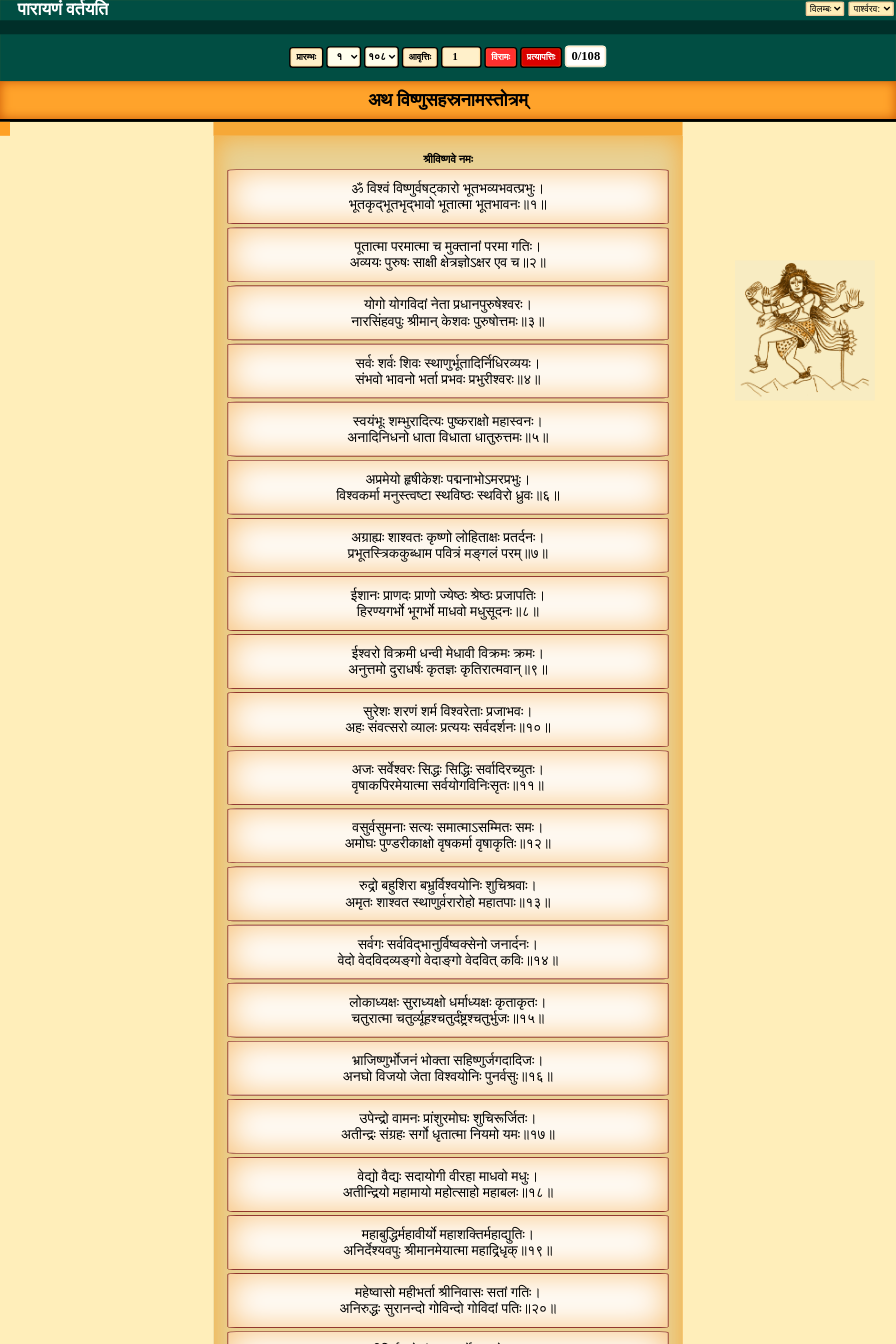
Repository: arshavak/vishnu-sahasranam
Page: index.html
An editor plug-in stored every save of this project. The page is shown before and after the next save, followed by the edit.
The browser window is 1280 px wide. The pictures show the part of the page from y = 0 to 1920 px (the page is 9261 px tall before and 8831 px after), at 70% of full size.

Above is the page before, as saved 2024-12-30 13:22:56.
Not found: scripts/sanskrittime.js

### index.html
<!DOCTYPE html>
<html>
<head>
<meta charset="UTF-8">
  <link rel="icon" type="image/png" href="style/backgrounds/23.png">
<title>विष्णुसहस्रनामस्तोत्रम्</title>
<meta name="viewport" content="width=device-width, initial-scale=1.0">
<link rel="stylesheet" type="text/css" href="style/style.css"/>
<!-- <link rel="stylesheet" type="text/css" href="style/themes.css"/> -->
</head>
<body class="body">
  <div class="player">
    <div class="Time">
      <span class="main-header">पारायणं वर्तयति</span>
      <div class="clock">
        <span id="ghanta" class="time-span"></span>
        <span id="minat" class="time-span"></span>
      </div>

      <select id="number" class="bgsound setting"></select>
      <select class="timeOut setting">
        <option value="">विलम्बः</option>
        <option value="2">2s</option>
        <option value="3">3s</option>
        <option value="5">5s</option>
        <option value="10">10s</option>
      </select>
  </div>
    <div class="topnavbar"></div>
      <input name="play_button" class="psuGrup play" type="button" value="प्रारम्भः"/>
      <select  id="selector1" class="From selector FromAndTo"></select>
      <select  id="selector2" class="To selector FromAndTo"></select>
      <input name="toggle_btn" type="checkbox" id="check"/>
      <input id="loop" class="loop" type="button" value="आवृत्तिः"/>
      <input id="repeat" value="1" max="99" min="1" type="number"/>
      <input style="display: none;" id="speed" value=".9" max="4" min=".5" step="0.1" type="number"/>
      <input name="stop_button" class="psuGrup stop" type="button" value="विरामः"/>
      <input class="reset psuGrup" type="button" value="प्रत्यापत्तिः"/>
      <input id="suchna" type="button" class="psuGrup suchna"/>
      <div class="heading">अथ विष्णुसहस्रनामस्तोत्रम्</div>
      <div class="progress-container">
        <div class="progress-bar" id="myBar"></div>
      </div>
    </div>
      <div id="imageRight">
        <image class="image" src="style/backgrounds/0.png" width="200px" height="200px"></image>
      </div>
      <!-- <div id="imageLeft">
        <image class="image" src="style/backgrounds/0.png" width="200px" height="200px"></image>
      </div> -->
      <div class="timeStamp"></div>
      <div class="container"></div>
    <script type="text/javascript" src="scripts/visnusahastranamScript.js"></script>
    <script type="text/javascript" src="scripts/MainScript.js"></script>
    <script type="text/javascript" src="scripts/sanskrittime.js"></script>
  </body>

</html>

### style/style.css
/* Styles for the player container */
*{
margin:0px;
padding: 0px;
text-align: center;
/*background-color: #f8ecc2;*/
font-family:gargi;
}
html{
  scroll-behavior: smooth;
}
::-webkit-scrollbar{
  display: none;
}
body {
  /* background-image: url("backgrounds/jharna.jpg");
  background-repeat:no-repeat;
  background-size:cover;
  background-attachment:fixed; */
  scrollbar-width: none;
  -ms-overflow-style: none;
/* background-color: #e8d295; */
  background-color:#ffeeba
  ;
  /* border: 4px solid #000; */
}

/* #myVideo {
  position: fixed;
  right: 0;
  bottom: 0;
  min-width: 100%;
  min-height: 100%;
  z-index: 1;
} */

.heading{
  padding-bottom: 12px;
  padding-top: 12px;
  margin-top: 15px;
  background-color:#ffa32b;
  /* background-image: url("backgrounds/R.jpg");*/
  /* background-repeat:no-repeat;
  background-size:cover;
  background-attachment: fixed; */
  color: rgb(0, 0, 0);
  /* width: 100%; */
  position: relative;
  /* top:500; */
  font-weight: 800;
  /* text-shadow: 2px 2px 5px rgb(255, 170, 0); */
   font-size:26px;
   box-shadow: inset 0px 0px 15px #cb5805;

}

.progress-container {
  width: 100%;
  height: 4px;
  background: #000000;
}

.progress-bar {
  height: 4px;
  background: #ffa32b;
  width: 0%;
}

.topnavbar{
  position: relative;
  padding: 10px 10px 10px 10px;
  margin-bottom: 15px;
  background-color:#002f29;
 text-align: center;
 box-shadow: inset 0px 0px 0px #0a0a0a;
 /* height: 30px; */
 /* overflow: scroll; */
}

.Time{
    /* background-image: url("backgrounds/jharna.jpg"); */
    background-repeat:no-repeat;
    background-size:cover;
    background-attachment: fixed;
 /* margin-top: 5px; */
 padding: 0px;
 /* background-color: #d47500;
 box-shadow: inset 0px 0px 5px  #cb5805; */
 color: rgb(0, 0, 0);
 text-align: left;
  }


  .clock{
    padding: 1px 5px 1px 5px;
    position: fixed;
    left: 0px;
    background-color: #ffffff;
  color: rgb(0, 0, 0);
  box-shadow: inset 0px 0px 35px #ff9100;
  cursor: not-allowed;
  text-align: center;
  }

.time-span{
  cursor: not-allowed;
  padding: 1px 1px 1px 1px;

}


  .main-header{
    padding: 5px 5px 5px 5px;
    font-size: 25px;
    /* text-shadow: -3px 5px 5px rgb(55, 184, 164); */
    font-weight:800;
    color: #ffffff;
    margin-left: 20px;
  }



.setting{
  margin: 3px;
  float: right;
  border-radius: 8%;
  cursor: pointer;
  margin-top: 2px;
  display: block;
  background-color: #ffeeb8;
  border: 2px solid #edc696;
}

.timeStamp{
display: none;
background-color:#f8ecc2;
color :rgb(0, 0, 0);
position :fixed;
right :0px;
font-size :16px;
font-weight :900;
padding :4px 14px 4px 14px;
box-shadow: inset 0px 0px 15px #ff8e03;
border-radius: 5%;
  }

  .disabled-link{
  position: relative;
  text-decoration: none;
  text-transform: unset;
  font-size: 14px;
  background-color: #dac683;
  color: #000000;
  padding: 5px 10px 5px 10px;
  border-radius: 5%;
  font-weight: 600;
  border: .8px solid #efc899;
  margin-right: 5px;
}

.disabled-link:hover{
  background-color: #fff9a7;
  text-decoration: underline;
}

.player {
  display: block;
  position: fixed;
  top: 0px;
  align-items: center;
  /* background-image: url("backgrounds/astaSuraj.jpg");
  background-repeat:repeat;
  background-size:cover;
  background-attachment: fixed; */
  background-color:rgb(1 78 67);
  width: 99.99%;
  text-align:center;
  color: rgb(29, 1, 1);
  padding-top:0px;
  padding-bottom: 0px;
  box-shadow: inset 0px 0px 1px #ff8e03;

  /* border-bottom: 5px solid #893c01; */
  z-index: 1;
}

/* .bottons{
  background-color:#ff8808;
  display: inline-block;
  box-shadow: inset 0px 0px 25px #ff8e03;
} */

.suchna:active{
  background-color: none !important;
}


#suchna{
cursor:not-allowed;
color: rgb(0, 0, 0);
background-color: #fff;
font-size: 18px;
padding: 4px 8px 4px 8px;
border: 1px solid #ffe;
font-weight: 900;
}

#check{
  display: none;
}

.reset{
  background-color: rgb(218, 0, 0) !important;
  color: #ffffff !important;
}
.stop{
  background-color: rgb(255, 48, 48) !important;
  color: #ffffff !important;
}

/*Styles for the buttons*/
input[type="button"],input[type="number"]{
  padding: 5px 8px 5px 8px;
  margin: 1px 0px 4px 0;
  border: 2px solid #000;
  border-radius: 5px;
  background-color: #fff0ca;
  color: rgb(0, 0, 0);
  font-size: 13px;
  cursor: pointer;
  font-weight: 800;
  flex-direction: row;
  box-shadow: inset 0px 0px 2px #ff9100;
  outline: none;
}

input[type="number"]{
  padding: 5px 2px 5px 0px;
  margin: 1px 0px 4px 0px;
  border: 2px solid #000;
  border-radius: 5px;
  background-color: #fff0ca;
  color: rgb(0, 0, 0);
  font-size: 15px;
  cursor: pointer;
  font-weight: 800;
  flex-direction: row;
  box-shadow: inset 0px 0px 2px #ff9100;
  outline: none;
}

input[type="button"]:hover{
  background-color: #14ff76;
  color: #0b0b0b;
}


.selector{
  text-align:center;
  outline:none;
  /*background-color: rgb(98, 255, 101);*/
  border-radius: 5px;
  height: 31px;
  border: 2px solid #000;
  border-radius: 5px;
  background-color:#ffe;
  color: #000;
  font-size: 15px;
  cursor: pointer;
  font-weight: 800;
  flex-direction: row;
  /* padding: 3px 3px; */
  margin: 1px 0px 4px 0;
  box-shadow: inset 0px 0px 2px #ff9100;

}

/* Styles for the keys container */
.container {
position: relative;
/* z-index: -1; */
 /* display: inline-block;  */
word-wrap: break-word;
/* margin-top: 180px; */
font-size:16px ;
text-align:center;
padding: 25px 15px 40px 15px;
background-color: #e8d295;
width: 75%;
margin-left:auto;
margin-right:auto;
border-top: 20px solid #ff9100a1;
border-bottom: 20px solid #ff9100a1;
border-bottom-style: inset 0px 0px 40px #ff9100a1;;
border-top-style: inset 0px 0px 40px #ff9100a1;;
box-shadow: inset 0px 0px 40px #ff9100a1;
margin-top:0px;

}

label{
  font-size: 15px;
}
/* Styles for the key divs */
.key {
  /* display:inline-block; */
  /* flex-direction: column; */
  /* text-align: right; */
  /* width: 90%; */
  margin: 5px;
  border: .2px ridge #730000;
  border-radius: 2%;
  /* cursor: pointer; */
  transition: all 0.2s ease-in-out;
  font-size:20px;
  font-weight: 300;
  padding: 15px 5px 15px 5px;
  background-color: #ffffff;
  box-shadow: inset 0px 0px 50px #f7c077;

}

.key.active {
  border: 2px solid #c16b02;
  /* display:inline-block; */
  top: 200px;
  /* font-weight: 600; */
  /* text-shadow: 1px 1px 4px rgb(255, 249, 70); */
  background-color: rgb(253, 253, 197);
  box-shadow: inset 6px 0px 5px  #ff9100 ;
  animation: blink .8s infinite;
  /* font-size: 25px; */
}

@keyframes blink {
  50%{
    border: 2px solid #f2d56b;
    /* border-radius: 15%; */
    /* background-color: #fceba5; */
     box-shadow: inset 0px 0px 0px #ff9100;
  }
}

@keyframes indexblink {
  50%{
    /* border: 1px solid #000000; */
    /* border-radius: 15%; */
     background-color: #00e043;
     box-shadow: inset 0px 0px 0px #ff9100;
  }
}


.rbtn.for-repeat {
  background-color: rgb(40, 252, 29);
  color:rgb(0, 0, 0);
}

/* Styles for the audio elements */
audio {
  display: none !important;
}
#imageRight {
  z-index: -1;
  position: fixed;
  bottom:20%;
  right:30px;

}

#imageLeft {
  z-index: -1;
  position: fixed;
  bottom:20%;
  left:30px;
}

.title{
  margin-left: 10px;
  float: left;
}

@media screen and (max-width: 867px) {
  /* .container {top:50px;} */
   #imageRight,#imageLeft{
    display:none;
  }
}

@media screen and (max-width: 1200px) {
  /* .container {top:80px;} */
   #imageRight,#imageLeft{
    display:none;
  }

  .clock{
    display: none;
  }
}

@media screen and (max-width: 500px) {

  .setting{
    display: none;
  }

  .main-header{
    padding: 5px 5px 5px 5px;
    font-size: 25px;
    /* text-shadow: -3px 5px 5px rgb(55, 184, 164); */
    font-weight:800;
    color: #ffffff;

  }
}


@media screen and (min-width: 100px) {
  .container {
    width: 95%;
  }

}

@media screen and (min-width: 1200px) {
  .container {
    width: 50%;
  }
}

.disabled{
  cursor:not-allowed;
}

.disabled:hover{
  text-decoration: none;
  background-color: none;
}

/* .image{
  animation: lip .5s infinite
}
@keyframes lip {
  50%{
    width: 190px;
    height: 190px;

  }
} */

/*  */

/* a.index{
  font-size: 10px;
  line-height: 0px;
  padding: 0px 15px 0px 15px;
  margin-right: 10px;
  font-weight: 600;
  border-radius: 10px;
  cursor: pointer;
  text-decoration: none;
  color: rgb(0, 0, 0);
}

a.index:hover{
  text-decoration: none;
  color: #ff2121;
} */

/* .indeX{
  background-color: wheat !important;
  font-size: 16px;
  cursor: pointer;
  margin-right: 5px;
}

.indeX:hover{
  text-decoration: none;
} */
/* .cot{
  display: none;
}
 */

### scripts/MainScript.js
const topnavbar = document.querySelector(".topnavbar");
function createLinks() {
  // Create an array of objects with URL and link text
  const links = [

    { url: 'YogSutrani.php', text: 'योगसूत्राणि' },
    { url: 'VisnuSahastranam.php', text: 'विष्णुसहस्रम्' },
    { url: 'SankhyaKarika.php', text: 'साङ्ख्यकारिका' },
    { url: 'Ast_1_1.php', text: 'अष्टाध्यायी(१.१)' }
  ];
  // Loop through the array and create links
  for (let i = 0; i < links.length; i++) {
    const link = document.createElement('a');
    link.setAttribute('target', '_blank');
    link.setAttribute('class', 'disabled-link');
    link.href = links[i].url;
    link.textContent = links[i].text;
    topnavbar.appendChild(link); // Append link to the topnavbar
  }
}
// Call the function to create links
// createLinks();

//current page link disaable function
const currentUrl = window.location.href;
const disabledLinks = document.querySelectorAll(".disabled-link");

// var links =[];
//   var currWin = window;
//   for(var i =0; i<currWin.document.links.length; i++){
//     links.push(currWin.document.links[i].href);
//   }

disabledLinks.forEach(link => {
if(link.href === currentUrl){
  link.addEventListener("click", e => {
    e.preventDefault();
  });
  link.classList.add("disabled");
 }
});


// function for repeating selection
var repeats = "";
var inp = document.getElementById("repeat");
inp.addEventListener("input", ()=>{
  repeats=inp.value;
});




// const Allrepeatbtns = document.querySelectorAll(".rbtn");
// let activeBtn = null;
// Allrepeatbtns.forEach((ript)=> {
//   ript.addEventListener("click", () => {
//     if (activeBtn && activeBtn !== ript) {
//       activeBtn.classList.remove("for-repeat");
//     }
//     else if (activeBtn === ript) {
//       ript.classList.remove("for-repeat");
//       activeBtn = null;
//       repeats = 0;
//       return;
//     }
//     // repeats = ript.value.charAt(0);
//     repeats = document.getElementById("repeat").value;
//     ript.classList.add("for-repeat");
//     activeBtn = ript;
//   })
// });
// Add click event listeners to the play and stop buttons
const stopButton = document.querySelector('[name="stop_button"]');
const playButton = document.querySelector('[name="play_button"]');
const checkBox = document.querySelector('#check');
const timeOutSecind = document.querySelector(".timeOut");
var speed = document.querySelector("#speed");
let audio;
let audioDuration;
//  let num = 0;
playButton.addEventListener('click', () => {
  //  if(num===0){
  //    num = 1;
  //   playButton.value = "pause";
  let startIndex = selector1.value - 1;
  let lastIndex = selector2.value;
   const playNextKey = () => {
    if(audio){
      audio.pause();
      audio.currentTime = 0;
       keys.forEach(key => {
      key.classList.remove('active');
      });
    }
    if (startIndex < lastIndex) {
      const key = keys[startIndex];
      audio = key.querySelector('audio');
      let playCount = 0;
      const playOnce = () => {
        if (playCount < (Number(repeats))-1) {
        //    if(playCount!==1) {
        //      audio.volume = .1;
        //      audio.playbackRate = 1.5;
        //  }
          setTimeout(() => {
          audioDuration = audio.duration;
          audio.playbackRate = speed.value;
          audio.play();
          playCount++;
          }, timeOutSecind.value*1000);
        } else {
          audio.removeEventListener('ended', playOnce);
          setTimeout(() => {
            key.classList.remove('active');
            playNextKey();
          }, timeOutSecind.value*1000);
        }
      };
      audioDuration = audio.duration;
      audio.currentTime = 0;
      audio.playbackRate = speed.value;
      audio.play();
      audio.addEventListener('ended', playOnce );
      audio.addEventListener('play', scrollActiveDiv );
      audio.addEventListener("play", playButtonStyleAdd);
      audio.addEventListener('ended', playButtonStyleRemove);
      audio.addEventListener("play", indexUpdate);
      audio.addEventListener("ended", timerOutput)
      key.classList.add('active');
      startIndex++;
      // audio.removeEventListener("ended", timerOutput);

      // chacking the Loopbutton is chacked or not checked
        if(checkBox.checked && startIndex == lastIndex){
          // alert("Please");
          startIndex = selector1.value - 1;
      }
    }
  };

  playNextKey();
// }else{
//   playButton.value = "play";
//   audio.pause();
//   num = 0;
// }
});


// Add click event listeners to the stop button
stopButton.addEventListener('click', () => {
  // playButton.value = "play";
   window.scrollTo(0, 0);
  // hideSpeackerSymbol();
  playButton.style.backgroundColor = "";
  playButton.style.color = "";
  keys.forEach(key => {
    const audio = key.querySelector('audio');
    audio.pause();
    audio.currentTime = 0;
    key.classList.remove('active');
  });
  bgsound.pause();
});

// Reset the current audio element
window.scrollTo({top:0, behavior: 'smooth'});
const reset = document.querySelector(".reset");
reset.addEventListener('click', () => {
// window.scrollTo({top:0, behavior: 'smooth'});
// setTimeout(() => {
location.reload();
// },1000);
});


  //buttons for loop
  const loopbtn = document.querySelector(".loop");
  const checkbox = document.querySelector("#check");
  loopbtn.addEventListener("click",  ()=> {
  checkbox.checked = !checkBox.checked;
  if(checkBox.checked){
    loopbtn.style.backgroundColor = "rgb(40, 252, 29)";
    loopbtn.style.color = "#000";
    // document.querySelector(".From").disabled = false;
    // document.querySelector(".To").disabled = false;

  }else{
    loopbtn.style.backgroundColor = "";
    loopbtn.style.color = "";
    // document.querySelector(".From").disabled = true;
    // document.querySelector(".To").disabled = true;

  }
  });

//background sounds 1111111111111111111
  const selector = document.querySelector('#number');
  for(var i=0; i<50; i++) {
    var option = document.createElement('option');
    option.text = "ध्वनिः "+ (i);
    option.value = i;
    selector.appendChild(option);
  }

  const firstOption = selector.querySelector("option:first-child");
  firstOption.textContent = "पार्श्वरव:"

  //background sounds 222222222222222222
let soundNumber = document.querySelector("#number");
soundNumber.style.outline = "none";
let bgsound;
selector.addEventListener("change", function backgroundMusic(){
  if (bgsound) {bgsound.pause();}
  bgsound = new Audio(`prishthbhumi-dhvani/dhvani (${soundNumber.value}).mp3`);
  bgsound.loop = true;
  bgsound.volume = 0.5;
  bgsound.play();
});

//scrolling to top of screen
function scrollActiveDiv() {
  const activeDiv = document.querySelector('.active');
  if (activeDiv) {
    const activeDivPosition = activeDiv.offsetTop;
    window.scrollTo({
      top: activeDivPosition - 150,
      behavior: 'smooth'
    });
  }
}


// function for indexUpdate
const indexUpdating = document.querySelector("#suchna");
indexUpdating.value = "0" + "/" + divLen;
function indexUpdate(){
const suchna = document.querySelector("#suchna");
let activeIndex = 1;
for (let i = 1; i < divLen; i++){
  if(keys[i].classList.contains("active")){
    activeIndex = i+1;
    break;
  }
}
suchna.value = activeIndex +"/"+ divLen;
}



//function for Timer
const timeStamp = document.querySelector(".timeStamp");
function timerOutput(){
  let count = timeOutSecind.value;
  let timer = setInterval(function(){
    timeStamp.style.display = "block";

    count--;
    if(count < 10){
      timeStamp.innerHTML = "प्रतीक्षस्व"+ " " + "00" + ":0" + count;
    }else{
      timeStamp.innerHTML = "प्रतीक्षस्व"+ " " + "00" + ":" + count;
    }
     if(count<=0){
      clearInterval(timer);
      timeStamp.style.display = "none";

    }
  },1000);
  document.body.appendChild(timeStamp);
}


// play Button Style
function playButtonStyleAdd(){
  playButton.style.backgroundColor = "rgb(40, 252, 29)";
  playButton.style.color = "#000";
  }
  function playButtonStyleRemove(){
   playButton.style.backgroundColor = "";
   playButton.style.color = "";
   }


//function for index blinking
let n = 0;
function blinking() {
// const play_button = document.querySelector('[name="play_button]')
if(n==0 && playButton.style.backgroundColor === "rgb(40, 252, 29)"){
indexUpdating.style.animation = "indexblink 1s infinite";
n = 1;
}else{
  indexUpdating.style.animation = "";
n = 0;
}
}
setInterval(blinking,2000);

// setTimeout(windowUpdate,2000);
// window risize for time div
const clock = document.querySelector(".clock");
window.addEventListener("resize",windowUpdate);
window.addEventListener("load",windowUpdate);
function windowUpdate(){
const player = document.querySelector(".player");
const playerHeight = player.offsetHeight;
 timeStamp.style.top = playerHeight + "px";
 container.style.top =   playerHeight + "px";
 clock.style.top =   playerHeight + "px";
}



// When the user scrolls the page, execute myFunction
window.onscroll = function() {myFunction()};
function myFunction() {
  var winScroll = document.body.scrollTop || document.documentElement.scrollTop;
  var height = document.documentElement.scrollHeight - document.documentElement.clientHeight;
  var scrolled = (winScroll / height) * 100;
  document.getElementById("myBar").style.width = scrolled + "%";
}



// const digitsMap = {
//   // देवनागरी लिपि के वर्णक्रम को बांग्ला लिपि के वर्णक्रम में बदलें।
//     'अ': 'অ',
//     'आ': 'আ',
//     'इ': 'ই',
//     'ई': 'ঈ',
//     'उ': 'উ',
//     'ऊ': 'ঊ',
//     'ए': 'এ',
//     'ऐ': 'ঐ',
//     'ओ': 'ও',
//     'औ': 'ঔ',
//     'क': 'ক',
//     'ख': 'খ',
//     'ग': 'গ',
//     'घ': 'ঘ',
//     'ङ': 'ঙ',
//     'च': 'চ',
//     'छ': 'ছ',
//     'ज': 'জ',
//     'झ': 'ঝ',
//     'ञ': 'ঞ',
//     'ट': 'ট',
//     'ठ': 'ঠ',
//     'ड': 'ড',
//     'ढ': 'ঢ',
//     'ण': 'ণ',
//     'त': 'ত',
//     'थ': 'থ',
//     'द': 'দ',
//     'ध': 'ধ',
//     'न': 'ন',
//     'प': 'প',
//     'फ': 'ফ',
//     'ब': 'ব',
//     'भ': 'ভ',
//     'म': 'ম',
//     'य': 'য',
//     'र': 'র',
//     'ल': 'ল',
//     'व': 'ব',
//     'श': 'শ',
//     'ष': 'ষ',
//     'स': 'স',
//     'ह': 'হ',
//     'ा': 'া',
//     'ि': 'ি',
//     'ी': 'ী',
//     'ु': 'ু',
//     'ू': 'ূ',
//     'ृ': 'ৃ',
//     'े': 'ে',
//     'ै': 'ৈ',
//     'ो': 'ো',
//     'ौ': 'ৌ',
//     'ं': 'ং',
//     'ः': 'ঃ',
//     '।': '।',
//     '॥': '॥',

// };

// const elements = document.getElementsByTagName('*');

// for (let i = 0; i < elements.length; i++) {
//   const element = elements[i];

//   for (let j = 0; j < element.childNodes.length; j++) {
//     const node = element.childNodes[j];

//     if (node.nodeType === 3) {
//       const text = node.nodeValue;
//       const replacedText = text.replace(/[अआइईउऊऋएऐओऔकखगघङचछजझञ]/g, function(match) {
//         return digitsMap[match];
//       });

//       if (replacedText !== text) {
//         element.replaceChild(document.createTextNode(replacedText), node);
//       }
//     }
//   }
// }




// // सभी audio टैगों को प्राप्त करें
// const audios = document.querySelectorAll('audio');
// // सभी span टैगों को प्राप्त करें
// const spans = document.querySelectorAll('span.indeX');
// // सभी span टैग पर क्लिक करने के लिए एक लूप चलाएं
// spans.forEach((span) => {
//   // क्लिक करने पर संगीत बंद करें और अगला संगीत चलाएं
//   span.addEventListener('click', () => {
//     // सभी ऑडियो टैगों को बंद करें
//     audios.forEach((audio) => {
//       audio.pause();
//       audio.currentTime = 0;
//     });
//     // वर्तमान ऑडियो टैग को चलाएं
//     const audio = span.parentElement.querySelector('audio');
//     audio.play();

//     // सभी divs से active क्लास हटाएं
//     const divs = document.querySelectorAll('.key');
//     divs.forEach((div) => {
//       div.classList.remove('active');
//       audio.addEventListener("ended",  () => {
//         div.classList.remove('active');
//       });
//     });
//     // वर्तमान div को active क्लास दें
//     const currentDiv = audio.parentElement;
//     currentDiv.classList.add('active');
//   });
// });
//  setTimeout(()=>{

//   var text = document.body.innerHTML;
//   var regex1 = /॥(.*?)॥/g;
//   var result1 = text.replace(regex1,'॥<span class="cot">$1</span>');
//  document.body.innerHTML = result1;
//  },2000)

Loaded but not shown: scripts/visnusahastranamScript.js (library)

After the next save:
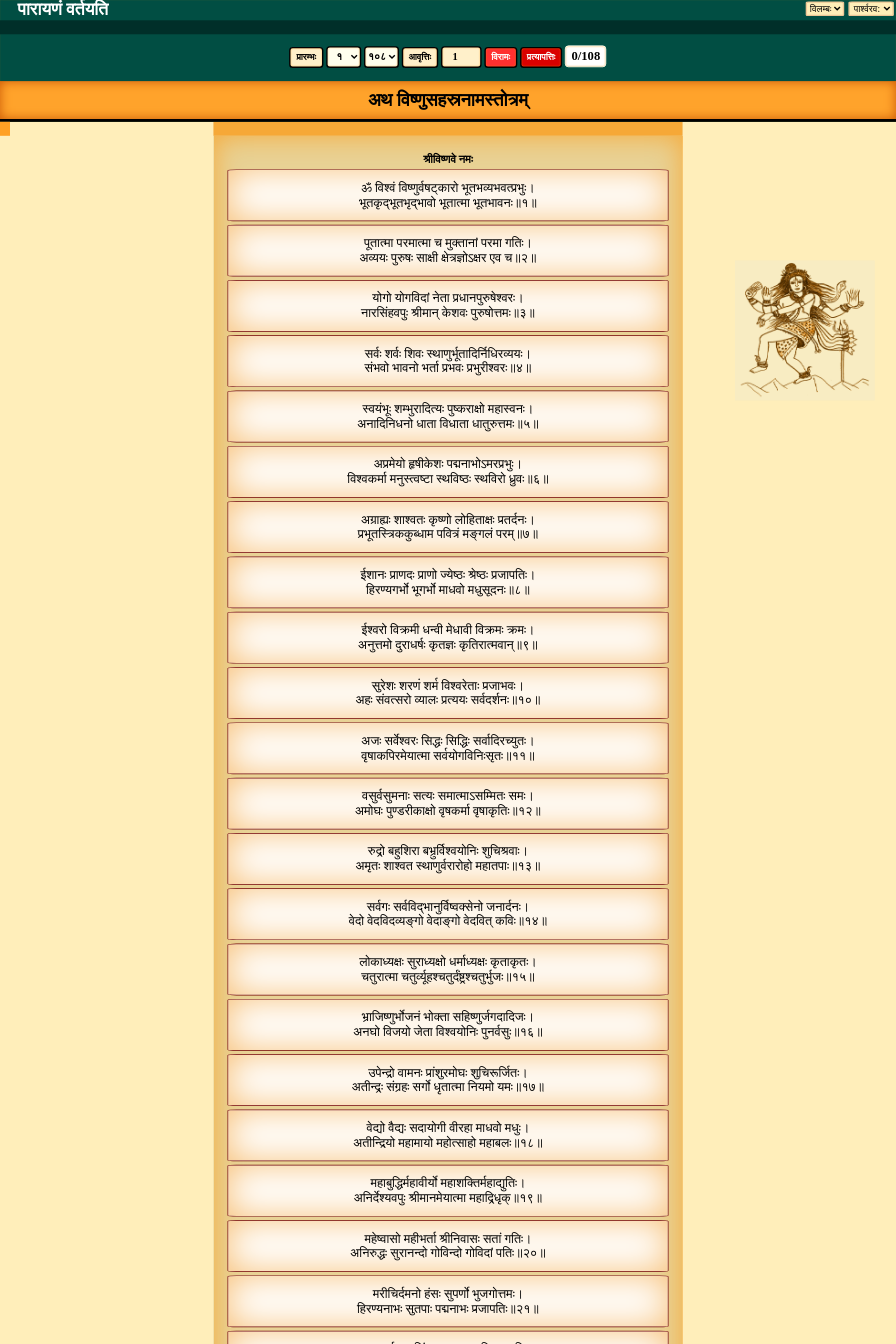
Saved 5 min 55 s later.
--- a/style/style.css
+++ b/style/style.css
@@ -312,7 +312,7 @@ label{
   border-radius: 2%;
   /* cursor: pointer; */
   transition: all 0.2s ease-in-out;
-  font-size:20px;
+  font-size:18px;
   font-weight: 300;
   padding: 15px 5px 15px 5px;
   background-color: #ffffff;
